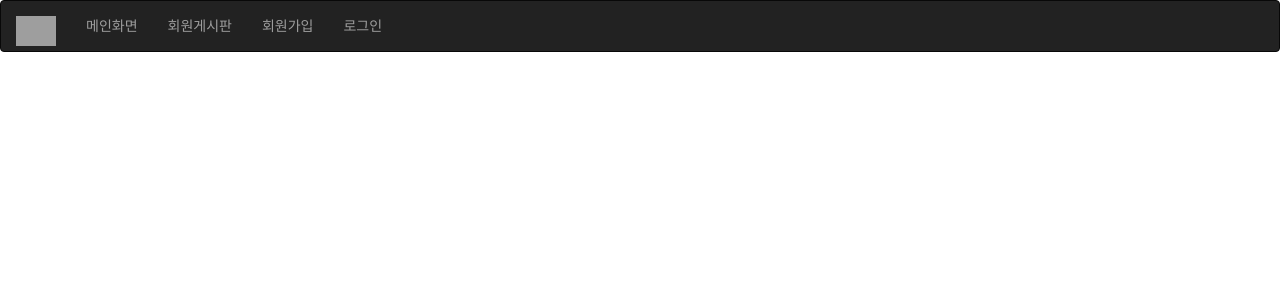
Repository: seonminpark100/CodeCampus
Page: http://localhost/BulletinBoard/Common/Link.jsp
The author's editor kept a copy of each file at every save. The page is drawn from the files as they stood at one save, then again after the next save.
The browser window is 1280 px wide. The pictures show the whole page.
Pictures or frames that could not be fetched are drawn as grey boxes. The page is served by Tomcat 10.

Above is the page before, as saved 2025-05-24 06:52:33.

After the next save:
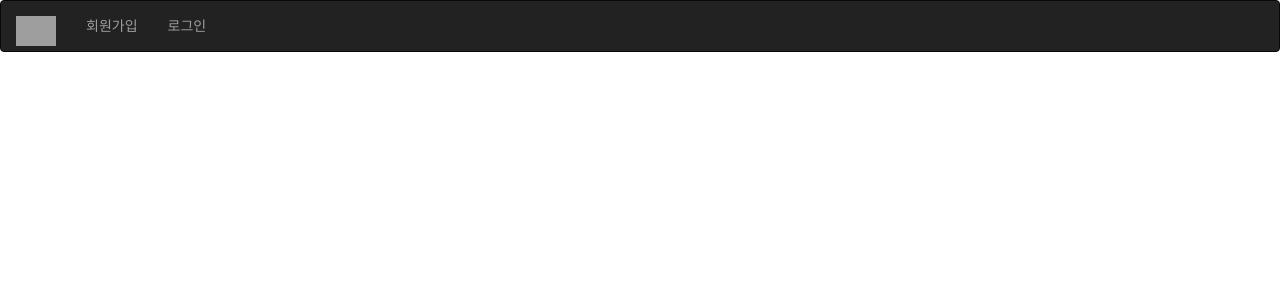
Saved 32 s later.
--- a/BulletinBoard/src/main/webapp/Common/Link.jsp
+++ b/BulletinBoard/src/main/webapp/Common/Link.jsp
@@ -25,22 +25,18 @@
             <div class="container">
                 <div class="btn-group">
                     <ul class="nav navbar-nav">
-                        <li><a href="../mvcboard/default.do">메인화면</a></li>
-                        <li><a href="../mvcboard/list.do">회원게시판</a></li>
-                        <li >
-                        <% if(session.getAttribute("id") == null) {%>
-                            <a href="../mvcboard/signup.do">회원가입</a>
-                            <% } %>
-                        </li>
-                        <!-- <li><a href="../mvcboard/signup.do">회원가입</a></li> -->
-                        <li>
-                        <% if (session.getAttribute("id") == null) { %>
-                            <a href="../mvcboard/login.do">로그인</a>
-                        <% } else { %>
-                            <a href="../mvcboard/logout.do">로그아웃</a>
-                        <% } %>
-                        </li>
 
+                        <c:if test="${empty sessionScope.id}">
+						    <li><a href="../mvcboard/signup.do">회원가입</a></li>
+						</c:if>
+						<c:choose>
+						    <c:when test="${empty sessionScope.id}">
+						        <li><a href="../mvcboard/login.do">로그인</a></li>
+						    </c:when>
+						    <c:otherwise>
+						        <li><a href="../mvcboard/logout.do">로그아웃</a></li>
+						    </c:otherwise>
+						</c:choose>
 
                         <!-- <li><a href="../mvcboard/login.do">로그인</a></li> -->
                     </ul>

After the save that followed:
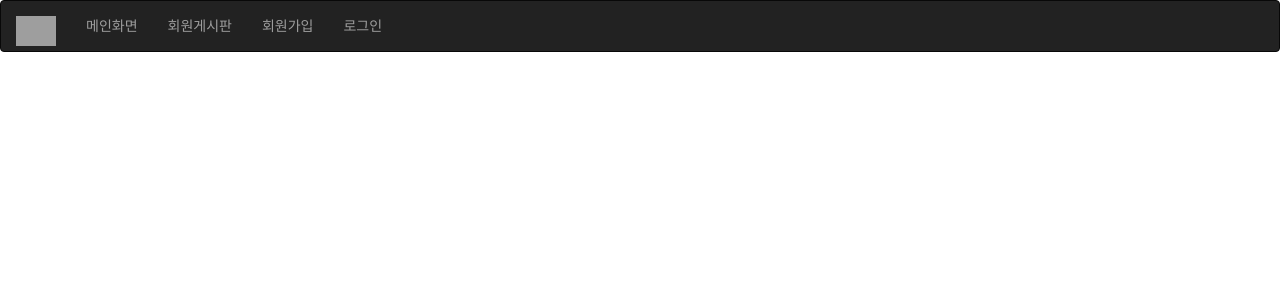
Saved 40 s later.
--- a/BulletinBoard/src/main/webapp/Common/Link.jsp
+++ b/BulletinBoard/src/main/webapp/Common/Link.jsp
@@ -25,7 +25,8 @@
             <div class="container">
                 <div class="btn-group">
                     <ul class="nav navbar-nav">
-
+                        <li><a href="../mvcboard/default.do">메인화면</a></li>
+                        <li><a href="../mvcboard/list.do">회원게시판</a></li>
                         <c:if test="${empty sessionScope.id}">
 						    <li><a href="../mvcboard/signup.do">회원가입</a></li>
 						</c:if>
@@ -38,6 +39,7 @@
 						    </c:otherwise>
 						</c:choose>
 
+
                         <!-- <li><a href="../mvcboard/login.do">로그인</a></li> -->
                     </ul>
                 </div>
